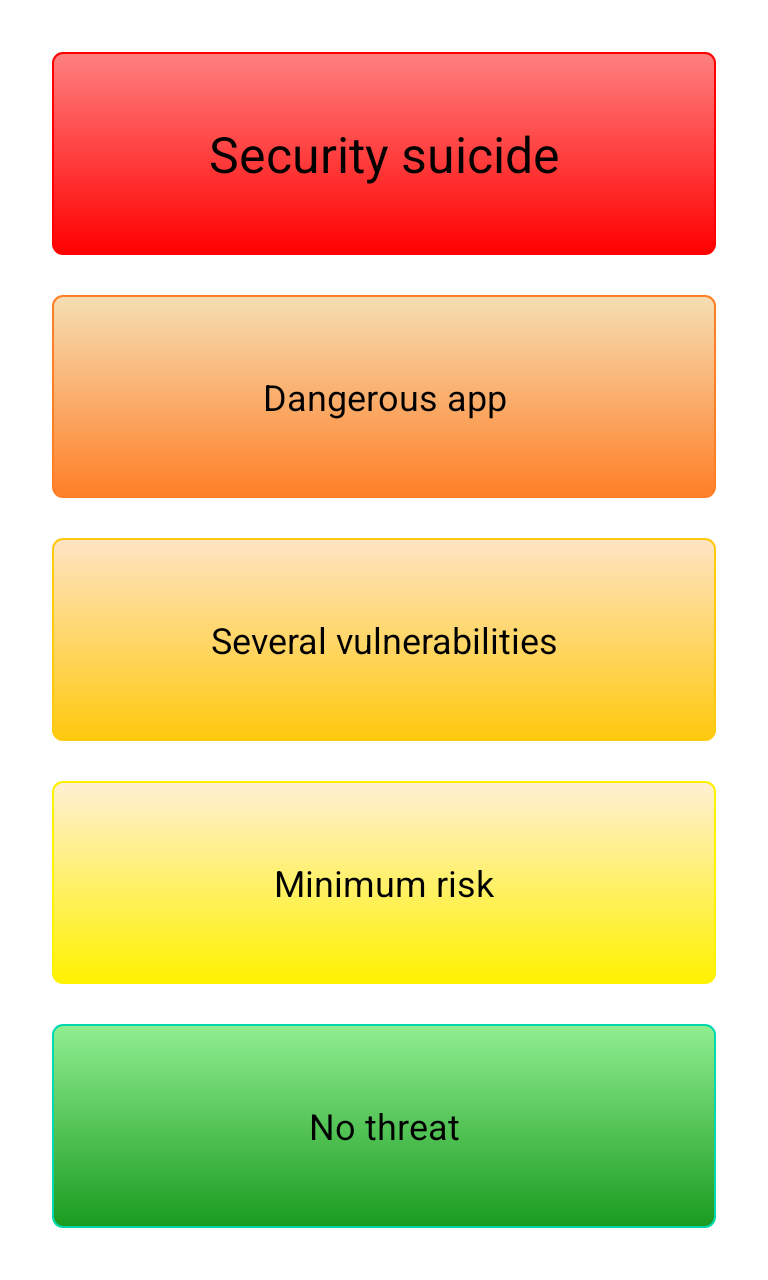
Repository: n0whereman/feidroid
Layout: Src/ApplicationViewer/res/layout/fragment_analysis2.xml
The author's editor kept a copy of each file at every save. The layout is drawn from the files as they stood at one save, then again after the next save.
It is drawn on a 768 x 1280 px phone screen (xhdpi) without system bars, with theme android:Theme.Holo.Light; the app's code is not run.

Above is the layout before, as saved 2015-04-25 20:46:12.

### Src/ApplicationViewer/res/layout/fragment_analysis2.xml
<LinearLayout xmlns:android="http://schemas.android.com/apk/res/android"
    xmlns:tools="http://schemas.android.com/tools"
    android:layout_width="match_parent"
    android:layout_height="match_parent"
    android:fadingEdge="horizontal"
    android:orientation="vertical"
    android:paddingBottom="@dimen/activity_vertical_margin"
    android:paddingLeft="@dimen/activity_horizontal_margin"
    android:paddingRight="@dimen/activity_horizontal_margin"
    android:paddingTop="@dimen/activity_vertical_margin"
    android:weightSum="5"
    tools:context="pete.android.study.AnalysisActivity$PlaceholderFragment" >

    <Button
        android:id="@+id/btnThreadLvl5"
        android:layout_width="match_parent"
        android:layout_height="wrap_content"
        android:layout_weight="1"
        android:text="@string/threadLvl5"
        android:background="@drawable/button_thread5"
        android:textSize="25sp"
        android:layout_margin="10dp" />

    <Button
        android:id="@+id/btnThreadLvl4"
        android:layout_width="match_parent"
        android:layout_height="wrap_content"
        android:layout_weight="1"
        android:text="@string/threadLvl4"
        android:background="@drawable/button_thread4"
        android:layout_margin="10dp" />

    <Button
        android:id="@+id/btnThreadLvl3"
        android:layout_width="match_parent"
        android:layout_height="wrap_content"
        android:layout_weight="1"
        android:text="@string/threadLvl3"
        android:background="@drawable/button_thread3"
        android:layout_margin="10dp" />

    <Button
        android:id="@+id/btnThreadLvl2"
        android:layout_width="match_parent"
        android:layout_height="wrap_content"
        android:layout_weight="1"
        android:text="@string/threadLvl2"
        android:background="@drawable/button_thread2"
        android:layout_margin="10dp" />

    <Button
        android:id="@+id/btnThreadLvl1"
        android:layout_width="match_parent"
        android:layout_height="wrap_content"
        android:layout_weight="1"
        android:text="@string/threadLvl1"
        android:background="@drawable/button_thread1"
    	android:layout_margin="10dp" />

</LinearLayout>

### Src/ApplicationViewer/res/values/dimens.xml
<resources>

    <!-- Default screen margins, per the Android Design guidelines. -->
    <dimen name="activity_horizontal_margin">16dp</dimen>
    <dimen name="activity_vertical_margin">16dp</dimen>

    <dimen name="padding_8">8dp</dimen>
    <dimen name="padding_16">16dp</dimen>
    <dimen name="padding_32">32dp</dimen>
    <dimen name="padding_48">48dp</dimen>

</resources>

### Src/ApplicationViewer/res/values/strings.xml
<?xml version="1.0" encoding="utf-8"?>
<resources>

    <string name="hello">Hello World, MainActivity!</string>
    <string name="app_name">Suspicious Apps Checker</string>
    <string name="LaunchButton">Launch</string>
    <string name="AppInfoButton">Info</string>
    <string name="AnalyzeButton">Analyze</string>
    <string name="title_activity_launch">LaunchActivity</string>
    <string name="hello_world">Hello world!</string>
    <string name="action_settings">Settings</string>
    <string name="desc">Blabla</string>
    <string name="title_activity_detail">App Info</string>

    <!-- Main activity -->
    <string name="action_open_app">Launch</string>
    <string name="action_detail_app">Detail</string>

    <!-- Detail activity -->
    <string name="label_package_name">Package name:</string>
    <string name="label_class_name">Class name:</string>
    <string name="label_process_name">Process name:</string>
    <string name="label_version_name">Version name:</string>
    <string name="label_version_code">Version code:</string>
    <string name="label_sdk_version">Target SDK :</string>
    <string name="label_install_date">Install date:</string>
    <string name="label_last_update">Last update:</string>
    <string name="label_source_directory">Source directory:</string>
    <string name="label_data_directory">Data directory:</string>
    <string name="label_permissions">Permissions:</string>
    <string name="label_flags">Flags:</string>
    <string name="label_no_permissions">No permissions</string>
    <string name="Analyze_appButton">Analysis</string>

     <!-- Analysis activity -->
     <string name="label_list_of_permissions">Permisions List:</string>
     <string name="label_unsafe_permissions">Suspicious perm.:</string>
     <string name="label_choosed_category">Category:</string>
     <string name="label_score">Risk:</string>


    <!-- Category list -->
    <string name="label_Category">Category:</string>

    <string-array name="category_array">
        <item>Games</item>
        <item>Communication</item>
        <item>Entertainment</item>
        <item>Finance</item>
        <item>Health</item>
        <item>Lifestyle</item>
        <item>Multimedia</item>
        <item>Productivity</item>
        <item>Shopping</item>
        <item>Social</item>
        <item>Sports</item>
        <item>Themes</item>
        <item>Tools</item>
        <item>Travel</item>
    </string-array>

    <string name="title_activity_analysis">App Analysis</string>
    <string name="title_analysis_detail">Analysis detail</string>
    <string name="threadLvl1">No threat</string>
    <string name="threadLvl2">Minimum risk</string>
    <string name="threadLvl3">Several vulnerabilities</string>
    <string name="threadLvl4">Dangerous app</string>
    <string name="threadLvl5">Security suicide</string>
    <string name="label_no_categories">No category</string>
    <string name="label_sha1hash">SHA1:</string>

</resources>

### Src/ApplicationViewer/res/drawable-hdpi/button_thread5.xml
<?xml version="1.0" encoding="utf-8"?>
<selector xmlns:android="http://schemas.android.com/apk/res/android" >
<item android:state_pressed="true" >
 <shape android:shape="rectangle"  >
     <corners android:radius="5dp" />
     <stroke android:width="1dip" android:color="@color/red_temp" />
     <gradient android:angle="-90" android:startColor="@color/red_temp" android:endColor="@color/red_temp"  />
 </shape>
</item>
<item android:state_focused="true">
 <shape android:shape="rectangle"  >
     <corners android:radius="5dp" />
     <stroke android:width="1dip" android:color="#971E05" />
     <solid android:color="#58857e"/>
 </shape>
</item>
<item >
<shape android:shape="rectangle"  >
     <corners android:radius="5dp" />
     <stroke android:width="1dip" android:color="@color/bright_red" />
     <gradient android:angle="-90" android:startColor="@color/red_temp" android:endColor="@color/button_red" />
 </shape>
</item>
</selector>

### Src/ApplicationViewer/res/drawable-hdpi/button_thread4.xml
<?xml version="1.0" encoding="utf-8"?>
<selector xmlns:android="http://schemas.android.com/apk/res/android" >
<item android:state_pressed="true" >
 <shape android:shape="rectangle"  >
     <corners android:radius="5dp" />
     <stroke android:width="1dip" android:color="@color/orange_temp" />
     <gradient android:angle="-90" android:startColor="@color/orange_temp" android:endColor="@color/orange_temp"  />
 </shape>
</item>
<item android:state_focused="true">
 <shape android:shape="rectangle"  >
     <corners android:radius="5dp" />
     <stroke android:width="1dip" android:color="#971E05" />
     <solid android:color="#58857e"/>
 </shape>
</item>
<item >
<shape android:shape="rectangle"  >
     <corners android:radius="5dp" />
     <stroke android:width="1dip" android:color="@color/bright_orange" />
     <gradient android:angle="-90" android:startColor="@color/orange_temp" android:endColor="@color/button_orange" />
 </shape>
</item>
</selector>

### Src/ApplicationViewer/res/drawable-hdpi/button_thread3.xml
<?xml version="1.0" encoding="utf-8"?>
<selector xmlns:android="http://schemas.android.com/apk/res/android" >
<item android:state_pressed="true" >
 <shape android:shape="rectangle"  >
     <corners android:radius="5dp" />
     <stroke android:width="1dip" android:color="@color/amber_temp" />
     <gradient android:angle="-90" android:startColor="@color/amber_temp" android:endColor="@color/amber_temp"  />
 </shape>
</item>
<item android:state_focused="true">
 <shape android:shape="rectangle"  >
     <corners android:radius="5dp" />
     <stroke android:width="1dip" android:color="#971E05" />
     <solid android:color="#58857e"/>
 </shape>
</item>
<item >
<shape android:shape="rectangle"  >
     <corners android:radius="5dp" />
     <stroke android:width="1dip" android:color="@color/bright_amber" />
     <gradient android:angle="-90" android:startColor="@color/amber_temp" android:endColor="@color/button_amber" />
 </shape>
</item>
</selector>

### Src/ApplicationViewer/res/drawable-hdpi/button_thread2.xml
<?xml version="1.0" encoding="utf-8"?>
<selector xmlns:android="http://schemas.android.com/apk/res/android" >
<item android:state_pressed="true" >
 <shape android:shape="rectangle"  >
     <corners android:radius="5dp" />
     <stroke android:width="1dip" android:color="@color/yellow_temp" />
     <gradient android:angle="-90" android:startColor="@color/yellow_temp" android:endColor="@color/yellow_temp"  />
 </shape>
</item>
<item android:state_focused="true">
 <shape android:shape="rectangle"  >
     <corners android:radius="5dp" />
     <stroke android:width="1dip" android:color="#971E05" />
     <solid android:color="#58857e"/>
 </shape>
</item>
<item >
<shape android:shape="rectangle"  >
     <corners android:radius="5dp" />
     <stroke android:width="1dip" android:color="@color/bright_yellow" />
     <gradient android:angle="-90" android:startColor="@color/yellow_temp" android:endColor="@color/button_yellow" />
 </shape>
</item>
</selector>

### Src/ApplicationViewer/res/drawable-hdpi/button_thread1.xml
<?xml version="1.0" encoding="utf-8"?>
<selector xmlns:android="http://schemas.android.com/apk/res/android" >
<item android:state_pressed="true" >
 <shape android:shape="rectangle"  >
     <corners android:radius="5dp" />
     <stroke android:width="1dip" android:color="@color/green_temp" />
     <gradient android:angle="-90" android:startColor="@color/green_temp" android:endColor="@color/green_temp"  />
 </shape>
</item>
<item android:state_focused="true">
 <shape android:shape="rectangle"  >
     <corners android:radius="5dp" />
     <stroke android:width="1dip" android:color="#971E05" />
     <solid android:color="#58857e"/>
 </shape>
</item>
<item >
<shape android:shape="rectangle"  >
     <corners android:radius="5dp" />
     <stroke android:width="1dip" android:color="@color/bright_green" />
     <gradient android:angle="-90" android:startColor="@color/green_temp" android:endColor="@color/button_green" />
 </shape>
</item>
</selector>

### Src/ApplicationViewer/res/values/colors.xml
<?xml version="1.0" encoding="utf-8"?>
<resources>
    <color name="black">#000000</color>

    <color name="perm_green">#069C00</color>
    <color name="perm_yellow">#D9CA00</color>
    <color name="perm_orange">#D45F00</color>
    <color name="perm_red">#AB0000</color>

    <!-- Green -->
	<color name="green_temp">#90EE90</color>
	<color name="green_dark">#159204</color>
	<color name="bright_green">#02D8B0</color>
	<color name="button_green">#1A9B20</color>

	<!-- Yellow -->
	<color name="yellow_temp">#FFEFD5</color>
	<color name="yellow_dark">#FFF200</color>
	<color name="bright_yellow">#FFF200</color>
	<color name="button_yellow">#FFF200</color>

	<!-- Amber -->
	<color name="amber_temp">#FFE4C4</color>
	<color name="amber_dark">#FFC90E</color>
	<color name="bright_amber">#FFC90E</color>
	<color name="button_amber">#FFC90E</color>

	<!-- Orange -->
	<color name="orange_temp">#F5DEB3</color>
	<color name="orange_dark">#FF7F27</color>
	<color name="bright_orange">#FF7F27</color>
	<color name="button_orange">#FF7F27</color>

	<!-- Red -->
	<color name="red_temp">#FF8080</color>
	<color name="red_dark">#FF0000</color>
	<color name="bright_red">#FF0000</color>
	<color name="button_red">#FF0000</color>
</resources>

Loaded but not shown: Src/ApplicationViewer/res/values-w820dp/dimens.xml (common file)

After the next save:
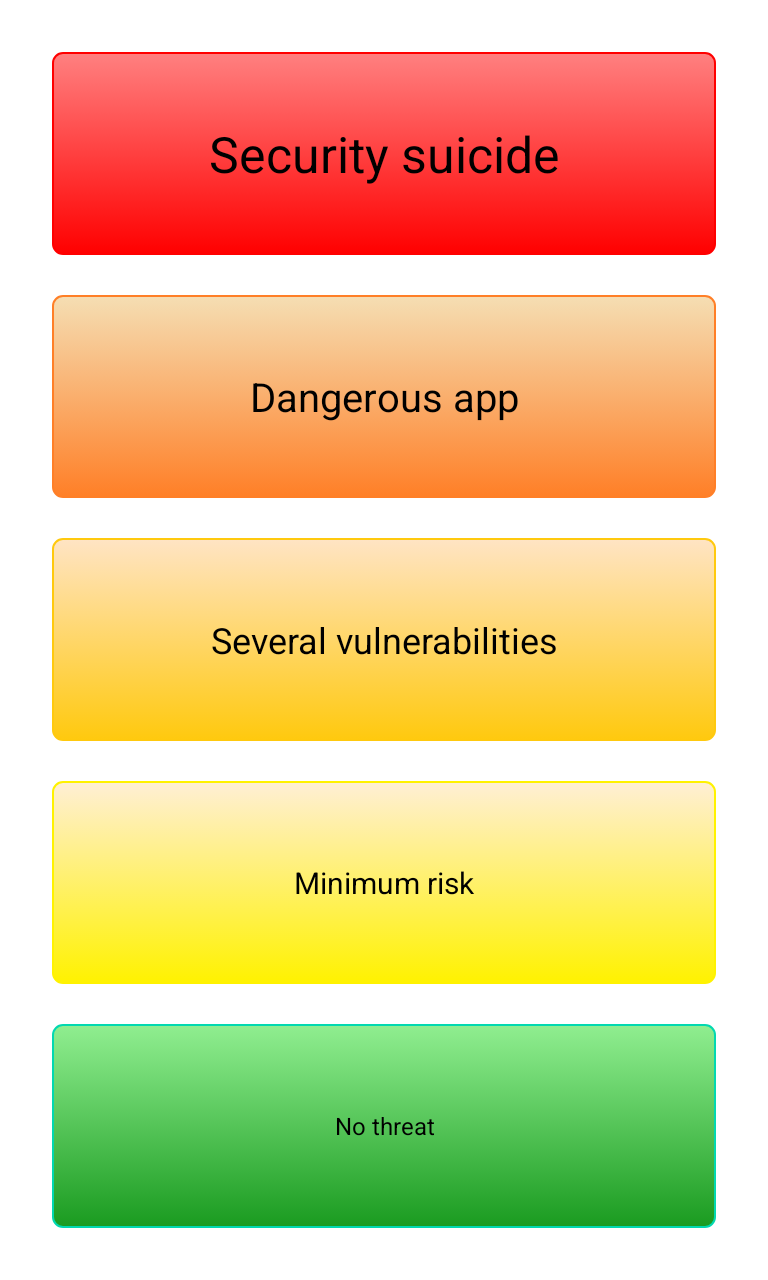
Saved 32 s later.
--- a/Src/ApplicationViewer/res/layout/fragment_analysis2.xml
+++ b/Src/ApplicationViewer/res/layout/fragment_analysis2.xml
@@ -28,6 +28,7 @@
         android:layout_weight="1"
         android:text="@string/threadLvl4"
         android:background="@drawable/button_thread4"
+        android:textSize="20sp"
         android:layout_margin="10dp" />
 
     <Button
@@ -37,6 +38,7 @@
         android:layout_weight="1"
         android:text="@string/threadLvl3"
         android:background="@drawable/button_thread3"
+        android:textSize="18sp"
         android:layout_margin="10dp" />
 
     <Button
@@ -46,6 +48,7 @@
         android:layout_weight="1"
         android:text="@string/threadLvl2"
         android:background="@drawable/button_thread2"
+        android:textSize="15sp"
         android:layout_margin="10dp" />
 
     <Button
@@ -55,6 +58,7 @@
         android:layout_weight="1"
         android:text="@string/threadLvl1"
         android:background="@drawable/button_thread1"
+        android:textSize="12sp"
     	android:layout_margin="10dp" />
 
 </LinearLayout>
